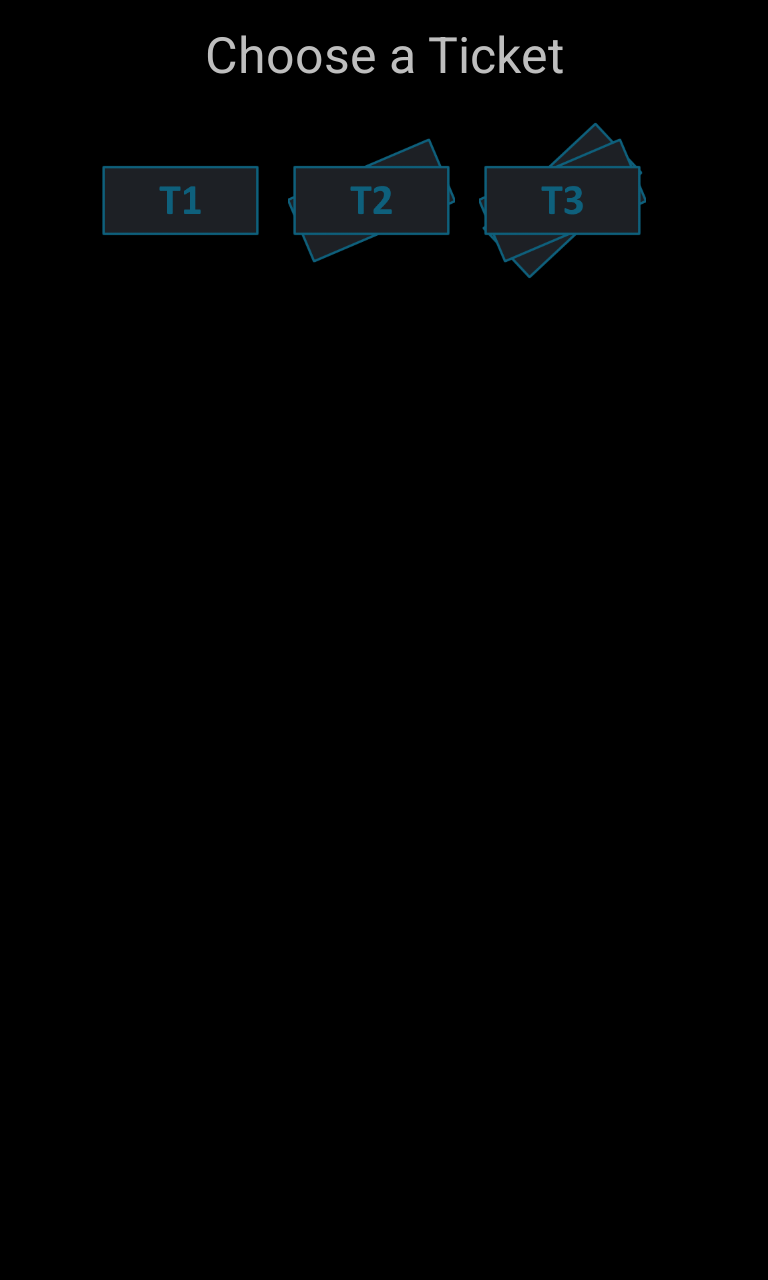
Repository: Nelspike/BusTicketer
Layout: PassengerMode/res/layout/fragment_show_tickets.xml
An editor plug-in stored every save of this project. The layout is shown before and after the next save, followed by the edit.
It is drawn on a 768 x 1280 px phone screen (xhdpi) without system bars, with theme AppTheme; the app's code is not run.

Above is the layout before, as saved 2013-10-19 20:06:21.

### PassengerMode/res/layout/fragment_show_tickets.xml
<FrameLayout xmlns:android="http://schemas.android.com/apk/res/android"
    xmlns:tools="http://schemas.android.com/tools"
    android:layout_width="match_parent"
    android:layout_height="match_parent"
    tools:context=".ShowTicketsFragment" >

    <LinearLayout
        android:layout_width="match_parent"
        android:layout_height="wrap_content"
        android:orientation="vertical"
        android:paddingTop="10dp">

	    <TextView
	        android:layout_width="match_parent"
	        android:layout_height="wrap_content"
	        android:text="@string/show_tickets_title"
	        android:textSize="25sp"
	        android:gravity="center"/>

		<RadioGroup
		    android:layout_width="match_parent"
		    android:layout_height="wrap_content"
		    android:orientation="horizontal"
		    android:gravity="center"
        	android:paddingTop="15dp">

		    <RadioButton
		        android:button="@drawable/t1"
		        android:paddingLeft="12dp"/>

		    <RadioButton
		        android:button="@drawable/t2"
		        android:paddingLeft="12dp"/>

		    <RadioButton
		        android:button="@drawable/t3"
		        android:paddingLeft="12dp"/>

		</RadioGroup>

    </LinearLayout>




</FrameLayout>

### PassengerMode/res/values/styles.xml
<resources>

    <!--
        Base application theme, dependent on API level. This theme is replaced
        by AppBaseTheme from res/values-vXX/styles.xml on newer devices.
    -->
    <style name="AppBaseTheme" parent="android:Theme.Holo">
        <!--
            Theme customizations available in newer API levels can go in
            res/values-vXX/styles.xml, while customizations related to
            backward-compatibility can go here.
        -->
    </style>

    <!-- Application theme. -->
    <style name="AppTheme" parent="android:Theme.Holo">
        <!-- All customizations that are NOT specific to a particular API-level can go here. -->
    </style>

</resources>

### PassengerMode/res/values/strings.xml
<?xml version="1.0" encoding="utf-8"?>
<resources>

    <string name="app_name">Passenger Mode</string>
    <string name="action_settings">Settings</string>
    <string name="hello_world">Hello world!</string>
    <string name="welcome_string">Welcome to Bus Ticketer!</string>
    <string name="splash_screen_description">Splash Screen Logo</string>
    <string name="splash_screen_terms">Lorem ipsum dolor sit amet, consectetur adipiscing elit. In porta cursus lacus ut porta. Ut luctus et urna eu malesuada. Donec magna diam, mollis molestie est eu, bibendum semper quam. Curabitur rhoncus iaculis nisi ut luctus. Pellentesque habitant morbi tristique senectus et netus et malesuada fames ac turpis egestas. Ut luctus gravida massa, a posuere nunc sagittis ac. Maecenas porta nisi sed interdum varius. Nunc tincidunt turpis nec orci interdum sollicitudin in at nulla. Integer non lorem a elit elementum iaculis consectetur vel ipsum. Aenean sed eros laoreet, egestas lacus eu, accumsan risus. Aliquam consequat sagittis urna, quis accumsan felis malesuada sed.</string>
    <string name="splash_screen_name_label">Name:</string>
    <string name="splash_screen_card_label">CC No.:</string>
    <string name="splash_screen_register_button">Register it up!</string>
    <string name="title_activity_central">CentralActivity</string>
    <string name="hello_blank_fragment">Hello blank fragment</string>
    <string name="description">Generic Description</string>
    <string name="validate_ticket">Validate!</string>
    <string name="show_tickets_title">Choose a Ticket</string>

</resources>

After the next save:
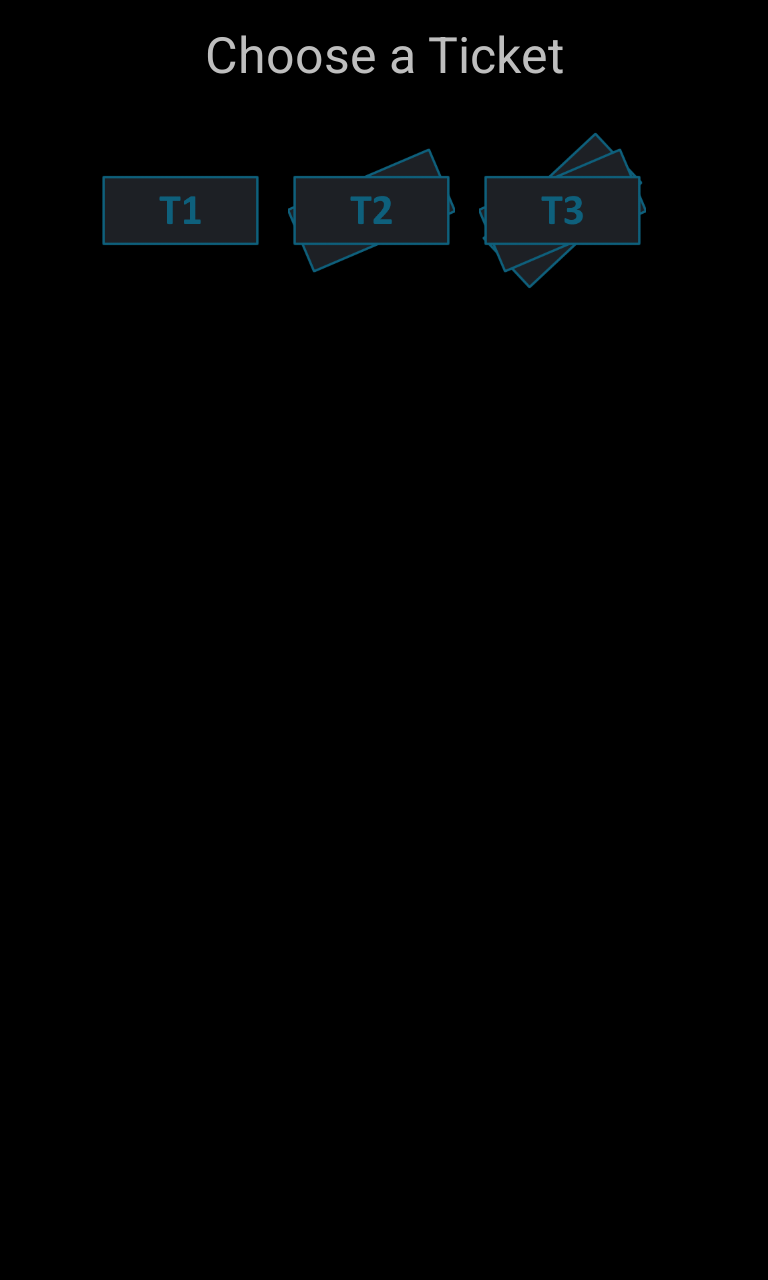
Saved 19 s later.
--- a/PassengerMode/res/layout/fragment_show_tickets.xml
+++ b/PassengerMode/res/layout/fragment_show_tickets.xml
@@ -20,9 +20,9 @@
 		<RadioGroup
 		    android:layout_width="match_parent"
 		    android:layout_height="wrap_content"
+		    android:gravity="center"
 		    android:orientation="horizontal"
-		    android:gravity="center"
-        	android:paddingTop="15dp">
+		    android:paddingTop="20dp" >
 
 		    <RadioButton
 		        android:button="@drawable/t1"
